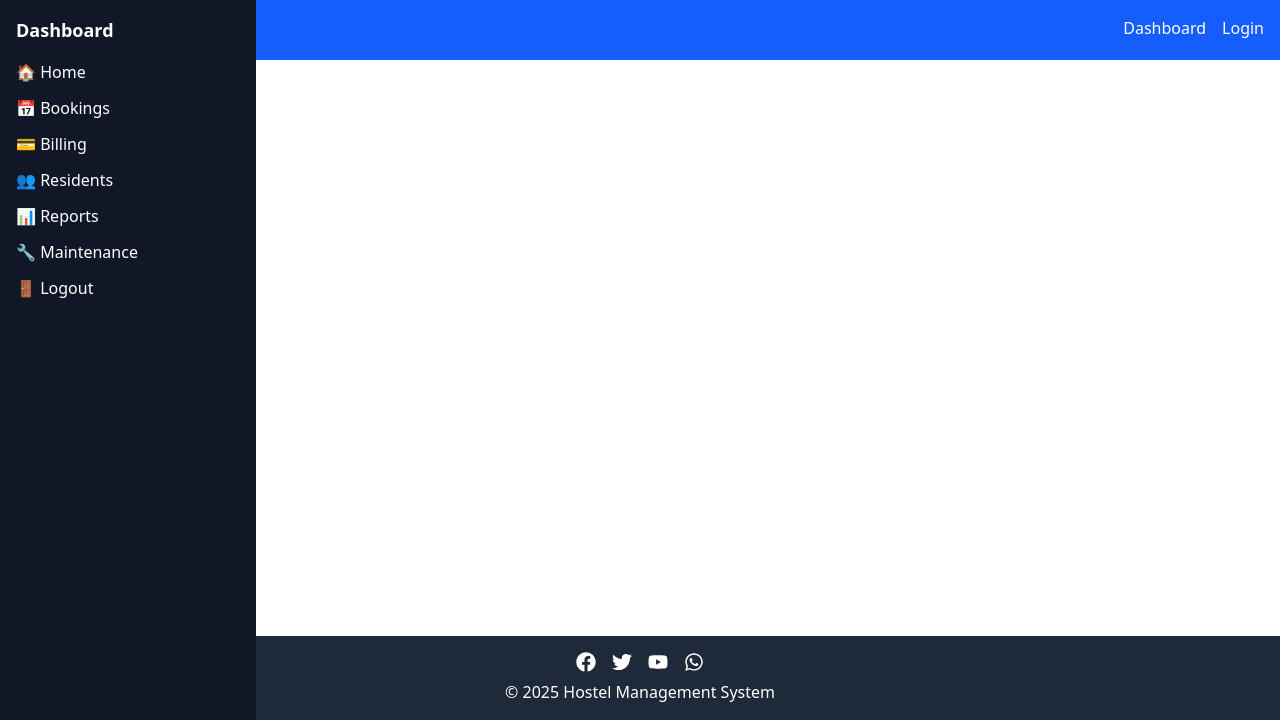
Repository: Meenakshi-commits/hostel_client
Page: /Dashboard
An editor plug-in stored every save of this project. The page is shown before and after the next save, followed by the edit.
The browser window is 1280 px wide. The pictures show the whole page.
The page's requests for data from a server got no answer. The project was rebuilt for these pictures with package versions that can differ from the ones it lists, and the page was loaded fresh each time. No one was signed in, and anything a server would have sent is missing. Also part of the build but not shown: vite.config.js, src/pages/HomePage.jsx, src/pages/Dashboard.jsx, src/pages/Booking.jsx, src/services/PaymentService.js, src/pages/Payment.jsx, src/pages/HostelDetails.jsx, src/pages/Maintenance.jsx and 4 more.

Above is the page before, as saved 2025-02-28 19:30:32.

### index.html
<!doctype html>
<html lang="en">
  <head>
    <meta charset="UTF-8" />
    <link rel="icon" type="image/png" href="/logo.png" />
    <meta name="viewport" content="width=device-width, initial-scale=1.0" />
    <title>HostelManagementSystems</title>
  </head>
  <body>
    <div id="root"></div>
    <script type="module" src="/src/main.jsx"></script>
  </body>
</html>

### src/main.jsx
import React from "react";
import ReactDOM from "react-dom/client";
import { BrowserRouter } from "react-router-dom";
import App from "./App.jsx";
import "./index.css";

ReactDOM.createRoot(document.getElementById("root")).render(
    <BrowserRouter>
        <App />
    </BrowserRouter>
);

### src/App.jsx
import { AuthProvider } from "./context/AuthContext";
import { RoomProvider } from "./context/RoomContext";
import { BookingProvider } from "./context/BookingContext";
import { NotificationProvider } from "./context/NotificationContext";
import Navbar from "./components/Navbar";
import Sidebar from "./components/Sidebar";
import Footer from "./components/Footer";
import AppRoutes from "./routes/AppRoutes";

function App() {
  return (
    <AuthProvider>
      <RoomProvider>
        <BookingProvider>
          <NotificationProvider>
            <div className="flex h-screen">
              <Sidebar />
              <div className="flex-1 flex flex-col">
                <Navbar />
                <div className="p-6 flex-grow overflow-auto">
                  <AppRoutes /> {/* Uses the separate AppRoutes component */}
                </div>
                <Footer />
              </div>
            </div>
          </NotificationProvider>
        </BookingProvider>
      </RoomProvider>
    </AuthProvider>
  );
}

export default App;

### src/context/AuthContext.jsx
import { createContext, useState, useEffect } from "react";
import { loginUser, registerUser } from "../services/authService";

export const AuthContext = createContext();

export const AuthProvider = ({ children }) => {
  const [user, setUser] = useState(null);
  const [loading, setLoading] = useState(true);

  useEffect(() => {
    const storedUser = localStorage.getItem("user");
    if (storedUser) {
      try {
        setUser(JSON.parse(storedUser));
      } catch (error) {
        console.error("Invalid JSON in localStorage:", error);
        localStorage.removeItem("user"); // Clear invalid data
      }
    }
    setLoading(false);
  }, []);

  const login = async (credentials) => {
    try {
      const data = await loginUser(credentials);
      setUser(data.user);
      localStorage.setItem("user", JSON.stringify(data.user));
    } catch (error) {
      console.error("Login failed:", error);
    }
  };

  const register = async (userData) => {
    try {
      const response = await registerUser(userData);
      setUser(response.user);
      localStorage.setItem("user", JSON.stringify(response.user));
    } catch (error) {
      console.error("Registration failed:", error);
    }
  };

  const logout = () => {
    setUser(null);
    localStorage.removeItem("user");
  };

  return (
    <AuthContext.Provider value={{ user, login, register, logout, loading }}>
      {children}
    </AuthContext.Provider>
  );
};

### src/context/RoomContext.jsx
import { createContext, useState, useEffect } from "react";
import { getRooms } from "../services/roomService";

export const RoomContext = createContext();

export const RoomProvider = ({ children }) => {
  const [rooms, setRooms] = useState([]);
  const [loading, setLoading] = useState(true);

  useEffect(() => {
    fetchRooms();
  }, []);

  const fetchRooms = async () => {
    try {
      const data = await getRooms();
      setRooms(data);
    } catch (error) {
      console.error("Failed to fetch rooms:", error);
    } finally {
      setLoading(false);
    }
  };

  return (
    <RoomContext.Provider value={{ rooms, loading }}>
      {children}
    </RoomContext.Provider>
  );
};

### src/context/BookingContext.jsx
import { createContext, useState } from "react";
import { createBooking, getBookingById } from "../services/bookingService";

export const BookingContext = createContext();

export const BookingProvider = ({ children }) => {
  const [booking, setBooking] = useState(null);

  const addBooking = async (bookingData) => {
    try {
      const newBooking = await createBooking(bookingData);
      setBooking(newBooking);
    } catch (error) {
      console.error("Booking failed:", error);
    }
  };

  const fetchBooking = async (id) => {
    try {
      const data = await getBookingById(id);
      setBooking(data);
    } catch (error) {
      console.error("Failed to fetch booking:", error);
    }
  };

  return (
    <BookingContext.Provider value={{ booking, addBooking, fetchBooking }}>
      {children}
    </BookingContext.Provider>
  );
};

### src/context/NotificationContext.jsx
import { createContext, useState } from "react";
import { sendSmsNotification } from "../services/notificationService";
import { sendEmailNotification } from "../services/notificationService";


export const NotificationContext = createContext();

export const NotificationProvider = ({ children }) => {
  const [message, setMessage] = useState("");

  const sendEmail = async (emailData) => {
    try {
      const response = await sendEmailNotification(emailData);
      setMessage(response.message);
    } catch (error) {
      console.error("Email notification failed:", error);
    }
  };

  const sendSms = async (smsData) => {
    try {
      const response = await sendSmsNotification(smsData);
      setMessage(response.message);
    } catch (error) {
      console.error("SMS notification failed:", error);
    }
  };

  return (
    <NotificationContext.Provider value={{ sendEmail, sendSms, message }}>
      {children}
    </NotificationContext.Provider>
  );
};

### src/components/Navbar.jsx
import { Link } from "react-router-dom";

const Navbar = () => {
  return (
    <nav className="bg-blue-600 text-white p-4 flex justify-between">
      <Link to="/" className="text-lg font-bold">Hostel Management</Link>
      <div>
        <Link to="/Dashboard" className="mr-4">Dashboard</Link>
        <Link to="/Login">Login</Link>
      </div>
    </nav>
  );
};

export default Navbar;

### src/components/Sidebar.jsx
import { Link } from "react-router-dom";

const Sidebar = () => {
  return (
    <aside className="bg-gray-900 text-white w-64 p-4 h-screen fixed">
      <h2 className="text-lg font-bold mb-4">Dashboard</h2>
      <nav>
        <ul className="space-y-3">
          <li><Link to="/dashboard">🏠 Home</Link></li>
          <li><Link to="/booking">📅 Bookings</Link></li>
          <li><Link to="/billing">💳 Billing</Link></li>
          <li><Link to="/residents">👥 Residents</Link></li>
          <li><Link to="/reports">📊 Reports</Link></li>
          <li><Link to="/maintenance">🔧 Maintenance</Link></li>
          <li><Link to="/logout">🚪 Logout</Link></li>
        </ul>
      </nav>
    </aside>
  );
};

export default Sidebar;

### src/components/Footer.jsx
import { FaFacebook, FaTwitter, FaYoutube, FaWhatsapp } from "react-icons/fa";

const Footer = () => {
  return (
    <footer className="bg-gray-800 text-white text-center p-4 mt-8">
      <div className="flex justify-center space-x-4 mb-2">
        <a href="#" className="text-xl"><FaFacebook /></a>
        <a href="#" className="text-xl"><FaTwitter /></a>
        <a href="#" className="text-xl"><FaYoutube /></a>
        <a href="#" className="text-xl"><FaWhatsapp /></a>
      </div>
      <p>© {new Date().getFullYear()} Hostel Management System</p>
    </footer>
  );
};

export default Footer;

### src/routes/AppRoutes.jsx
import { Routes, Route } from "react-router-dom";
import ProtectedRoute from "../components/ProtectedRoute";

// Pages
import HomePage from "../pages/HomePage";
import Dashboard from "../pages/Dashboard";
import Booking from "../pages/Booking";
import Payment from "../pages/Payment";
import HostelDetails from "../pages/HostelDetails";
import Maintenance from "../pages/Maintenance";
import Residents from "../pages/Residents";
import Billing from "../pages/Billing";
import Reports from "../pages/Reports";
import Login from "../pages/Login";
import Signup from "../pages/Signup";

const AppRoutes = () => {
  return (
    <Routes>
      <Route path="/" element={<HomePage />} />
      <Route path="/login" element={<Login />} />
      <Route path="/signup" element={<Signup />} />

      {/* Protected Routes */}
      <Route path="/dashboard" element={<ProtectedRoute><Dashboard /></ProtectedRoute>} />
      <Route path="/booking" element={<ProtectedRoute><Booking /></ProtectedRoute>} />
      <Route path="/payment" element={<ProtectedRoute><Payment /></ProtectedRoute>} />
      <Route path="/hostel-details" element={<ProtectedRoute><HostelDetails /></ProtectedRoute>} />
      <Route path="/maintenance" element={<ProtectedRoute><Maintenance /></ProtectedRoute>} />
      <Route path="/residents" element={<ProtectedRoute><Residents /></ProtectedRoute>} />
      <Route path="/billing" element={<ProtectedRoute><Billing /></ProtectedRoute>} />
      <Route path="/reports" element={<ProtectedRoute><Reports /></ProtectedRoute>} />
    </Routes>
  );
};

export default AppRoutes;

### src/services/authService.js
import api from "./api";

// User Registration
export const registerUser = async (userData) => {
  try {
    const response = await api.post("/api/auth/register", userData);
    return response.data;
  } catch (error) {
    console.error("Error registering user:", error);
    throw error;
  }
};

// User Login
export const loginUser = async (credentials) => {
  try {
    const response = await api.post("/api/auth/login", credentials);
    return response.data;
  } catch (error) {
    console.error("Error logging in:", error);
    throw error;
  }
};

### src/services/roomService.js
import api from "./api";

// Fetch all rooms
export const getRooms = async () => {
  try {
    const response = await api.get("/api/rooms");
    return response.data;
  } catch (error) {
    console.error("Error fetching rooms:", error);
    return [];
  }
};

// Get a single room by ID
export const getRoomById = async (roomId) => {
  try {
    const response = await api.get(`/api/rooms/${roomId}`);
    return response.data;
  } catch (error) {
    console.error("Error fetching room:", error);
    throw error;
  }
};

// Create a new room
export const createRoom = async (roomData) => {
  try {
    await api.post("/api/rooms", roomData);
  } catch (error) {
    console.error("Error creating room:", error);
    throw error;
  }
};

// Update an existing room
export const updateRoom = async (roomId, roomData) => {
  try {
    await api.put(`/api/rooms/${roomId}`, roomData);
  } catch (error) {
    console.error("Error updating room:", error);
    throw error;
  }
};

// Delete a room
export const deleteRoom = async (roomId) => {
  try {
    await api.delete(`/api/rooms/${roomId}`);
  } catch (error) {
    console.error("Error deleting room:", error);
    throw error;
  }
};

### src/services/bookingService.js
import api from "./api";

// Create a new booking
export const createBooking = async (bookingData) => {
  try {
    const response = await api.post("/api/bookings", bookingData);
    return response.data;
  } catch (error) {
    console.error("Error creating booking:", error);
    throw error;
  }
};

// Get a specific booking
export const getBookingById = async (bookingId) => {
  try {
    const response = await api.get(`/api/bookings/${bookingId}`);
    return response.data;
  } catch (error) {
    console.error("Error fetching booking:", error);
    throw error;
  }
};

// Get all bookings
export const getAllBookings = async () => {
  try {
    const response = await api.get("/api/bookings");
    return response.data;
  } catch (error) {
    console.error("Error fetching bookings:", error);
    return [];
  }
};

// Cancel a booking
export const cancelBooking = async (bookingId) => {
  try {
    await api.delete(`/api/bookings/${bookingId}`);
  } catch (error) {
    console.error("Error canceling booking:", error);
    throw error;
  }
};

// Fetch Booking by ID
export const fetchBookingById = async (bookingId) => {
  try {
    const response = await api.get(`/api/bookings/${bookingId}`);
    return response.data;
  } catch (error) {
    console.error("Error fetching booking by ID:", error);
    throw error;
  }
};

### src/services/notificationService.js
import api from "./api";

// Send Email Notification
export const sendEmailNotification = async (emailData) => {
  try {
    const response = await api.post("/api/notifications/email", emailData);
    return response.data;
  } catch (error) {
    console.error("Error sending email notification:", error);
    throw error;
  }
};

// Send SMS Notification
export const sendSmsNotification = async (smsData) => {
  try {
    const response = await api.post("/api/notifications/sms", smsData);
    return response.data;
  } catch (error) {
    console.error("Error sending SMS notification:", error);
    throw error;
  }
};

### src/components/ProtectedRoute.jsx
import { useContext } from "react";
import { Navigate, Outlet } from "react-router-dom";
import { AuthContext } from "../context/AuthContext";

const ProtectedRoute = () => {
  const { user } = useContext(AuthContext);

  return user ? <Outlet /> : <Navigate to="/login" />;
};

export default ProtectedRoute;

### src/services/api.js
import axios from "axios";

const api = axios.create({
  baseURL: "https://hostel-server-d0td.onrender.com",
  headers: {
    "Content-Type": "application/json",
  },
});

// Request Interceptor (Logs outgoing requests)
api.interceptors.request.use(
  (config) => {
    console.log("🚀 Request Sent:", config.method.toUpperCase(), config.url);
    console.log("📤 Request Data:", config.data);
    return config;
  },
  (error) => {
    console.error("❌ Request Error:", error);
    return Promise.reject(error);
  }
);

// Response Interceptor (Logs responses or errors)
api.interceptors.response.use(
  (response) => {
    console.log("✅ Response:", response.status, response.data);
    return response;
  },
  (error) => {
    if (error.response) {
      console.error("❌ Response Error:", error.response.status, error.response.data);
    } else {
      console.error("❌ Network Error:", error.message);
    }
    return Promise.reject(error);
  }
);

export default api;

### src/pages/Login.jsx
import { useState, useContext } from "react";
import { AuthContext } from "../context/AuthContext";

const Login = () => {
  const { login } = useContext(AuthContext);
  const [email, setEmail] = useState("");
  const [password, setPassword] = useState("");

  const handleSubmit = async (e) => {
    e.preventDefault();
    await login({ email, password });
  };

  const Login = ({ handleSubmit, email, setEmail, password, setPassword }) => {
    return (
      <div className="flex items-center justify-center min-h-[80vh]">
        <div className="bg-white p-6 shadow-lg rounded-lg w-full max-w-sm">
          <h2 className="text-2xl font-bold text-center text-gray-800">Login</h2>
          <form onSubmit={handleSubmit} className="flex flex-col mt-4">
            <label className="text-gray-700 font-medium">Email</label>
            <input
              type="email"
              placeholder="Enter your email"
              value={email}
              onChange={(e) => setEmail(e.target.value)}
              className="border p-2 rounded mt-1 w-full"
            />

            <label className="text-gray-700 font-medium mt-3">Password</label>
            <input
              type="password"
              placeholder="Enter your password"
              value={password}
              onChange={(e) => setPassword(e.target.value)}
              className="border p-2 rounded mt-1 w-full"
            />

            <button
              type="submit"
              className="mt-4 px-4 py-2 bg-blue-600 text-white font-semibold rounded hover:bg-blue-700 transition duration-300"
            >
              Login
            </button>
          </form>
        </div>
      </div>
    );
  };
};

export default Login;

Loaded but not shown: src/index.css (common file)

After the next save:
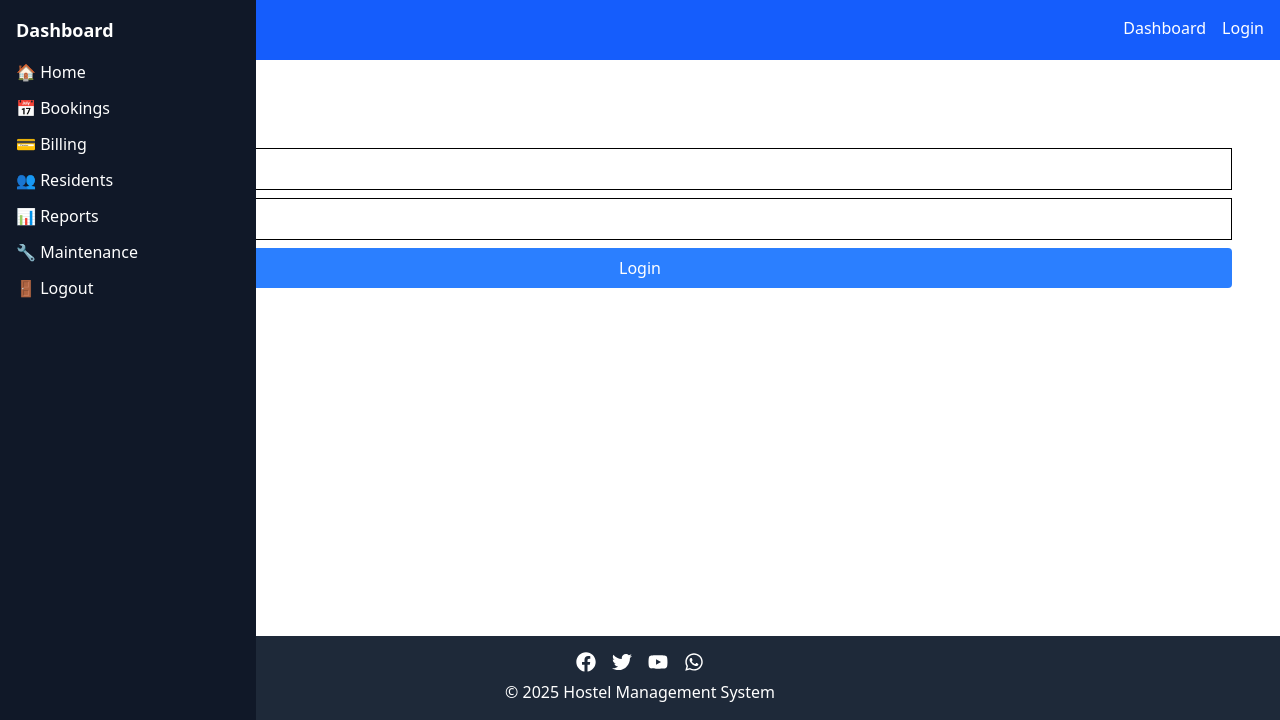
Saved 31 s later.
--- a/src/pages/Login.jsx
+++ b/src/pages/Login.jsx
@@ -11,41 +11,16 @@ const Login = () => {
     await login({ email, password });
   };
 
-  const Login = ({ handleSubmit, email, setEmail, password, setPassword }) => {
-    return (
-      <div className="flex items-center justify-center min-h-[80vh]">
-        <div className="bg-white p-6 shadow-lg rounded-lg w-full max-w-sm">
-          <h2 className="text-2xl font-bold text-center text-gray-800">Login</h2>
-          <form onSubmit={handleSubmit} className="flex flex-col mt-4">
-            <label className="text-gray-700 font-medium">Email</label>
-            <input
-              type="email"
-              placeholder="Enter your email"
-              value={email}
-              onChange={(e) => setEmail(e.target.value)}
-              className="border p-2 rounded mt-1 w-full"
-            />
-
-            <label className="text-gray-700 font-medium mt-3">Password</label>
-            <input
-              type="password"
-              placeholder="Enter your password"
-              value={password}
-              onChange={(e) => setPassword(e.target.value)}
-              className="border p-2 rounded mt-1 w-full"
-            />
-
-            <button
-              type="submit"
-              className="mt-4 px-4 py-2 bg-blue-600 text-white font-semibold rounded hover:bg-blue-700 transition duration-300"
-            >
-              Login
-            </button>
-          </form>
-        </div>
-      </div>
-    );
-  };
+  return (
+    <div className="p-6">
+      <h2 className="text-2xl font-bold">Login</h2>
+      <form onSubmit={handleSubmit} className="flex flex-col">
+        <input type="email" placeholder="Email" value={email} onChange={(e) => setEmail(e.target.value)} className="border p-2 mt-2"/>
+        <input type="password" placeholder="Password" value={password} onChange={(e) => setPassword(e.target.value)} className="border p-2 mt-2"/>
+        <button type="submit" className="mt-2 px-4 py-2 bg-blue-500 text-white rounded">Login</button>
+      </form>
+    </div>
+  );
 };
 
 export default Login;
